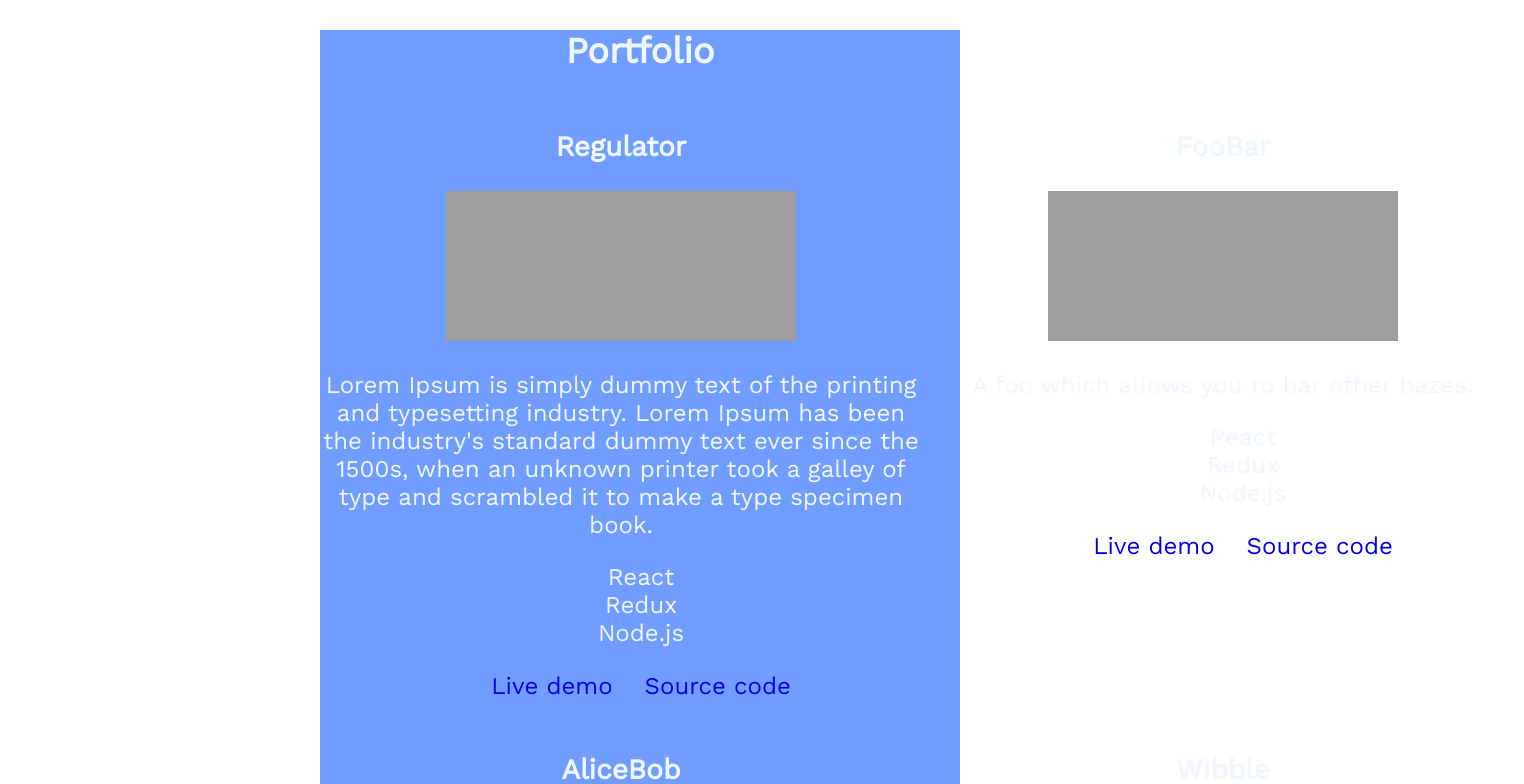
Repository: BAAMOSK/my-portfolio
Page: index.html
These files come from the project's save history. The page is drawn as it stood at one moment and after the next save; the edit follows.
The browser window is 1280 px wide. The page is 1524 px wide, then 1280 px, then 1524 px, so the pictures cover 1524 px, including what lies to the right of the window. The pictures show the part of the page from y = 0 to 784 px (the page is 1236 px tall before and 720 px after).
Pictures or frames that could not be fetched are drawn as grey boxes. Some web libraries are served in a nearby version.

Above is the page before, as saved 2017-06-06 23:27:43.

### index.html
<!doctype HTML>
<html lang="en">
<head>
  <meta charset="utf-8">
  <meta name="viewport" content="width=device-width, initial-scale=1">
  <title>Tee Mak</title>
  <link href="https://fonts.googleapis.com/css?family=Work+Sans" rel="stylesheet">
  <link rel="stylesheet" href="styles.css">
</head>
<body id='root'>
  <script src="https://ajax.googleapis.com/ajax/libs/jquery/3.2.1/jquery.min.js"></script>
  <script src="app.js"></script>
</body>
</html>

### styles.css

body {
	margin: 0;
	padding: 0;
	border: 0;
	font-size: 1.5em;
	font-family: 'Work Sans', sans-serif;
	color: aliceblue;
}

header {
	text-align: center;
}

.bio {
	position: fixed;
	height: 100%;
	width: 100%;
	background: #765BE8;
}

.work {
	background: #709DFF;
}

.contact {
	background: #E38FFF;
}

.showcase {
	width: 50%;
	margin: 0 auto;
	text-align: center;
}

.name {
	margin-top: 120px;
}

.headshot {
	border-radius: 50%;
}

.main-nav ul, .contact-links ul, .project-links ul {
	margin: 25px;
	list-style: none;
	display: flex;
	justify-content: center;
}

.main-nav ul li a, .contact-links ul li a, .project-links ul li a {
	margin: 0 16px;
	text-decoration: none;
}

#about {
	width: 65%;
	margin: 15px auto;
}

.work {
	width: 50%;
	margin: 0 auto;
}

h2, h3 {
	text-align: center;
}

.project {
	width: 100%;
}

.images {
	margin: 0 126px;
}

.primary-projects, .ancillary-projects {
	display: flex;
	justify-content: space-around;
}

.project-stack {
	list-style: none;
	text-align: center;
}

.project-description {
	width: 100%;
	text-align: center;
}

### app.js
const greeting = 'Hi! My name is Tee. Like what you see? Contact me @ bunth667@gmail.com.';

$(document).ready(function() {
  console.log(greeting);
  $('#root').html(state.templates[1]);
});


const main = `<header class="bio">
                <div class="showcase">
                  <h1 class="name">
                    Tee Mak
                  </h1>
                  <nav class="main-nav">
                    <ul>
                      <li class="main-nav-link"><a href="#work">Portfolio</a></li>
                      <li class="main-nav-link"><a href="#contact">Contact</a></li>
                    </ul>
                  </nav>
                  <img class="headshot" src="http://unsplash.it/150/150" alt="J. Random Hacker headshot">
                    <p class="about" id="about">
                      Hi. My name is Tee. I'm a polymath. Ask me anything about casinos, trading, or programming. I'm a Vim user, so navigate using the arrow keys.
                    </p>
                  <nav class="contact-links">
                    <ul>
                      <li class="contact-link contact-link-email"><a href="mailto:jrandomhacker@example.com">Email</a></li>
                      <li class="contact-link contact-link-linkedin"><a href="https://www.linkedin.com">LinkedIn</a></li>
                      <li class="contact-link contact-link-github"><a href="https://www.github.com">GitHub</a></li>
                    </ul>
                  </nav>
                </div>
              </header>`;

const portfolio = `<section class="work" id="work">
                    <h2>Portfolio</h2>
                    <div class="primary-projects">
                      <section class="project">
                        <h3>Regulator</h3>
                          <div class="images">
                            <img class="project-image" src="http://unsplash.it/350/150?random&amp;bust=1" alt="Frobnicator screenshot">
                          </div>
                        <p class="project-description">
                          Lorem Ipsum is simply dummy text of the printing and typesetting industry. Lorem Ipsum has been the industry's standard dummy
                          text ever since the 1500s, when an unknown printer took a galley of type and scrambled it to make a type
                          specimen book.
                        </p>
                        <ul class="project-stack">
                          <li class="project-stack-item">
                            React
                          </li>
                          <li class="project-stack-item">
                          Redux
                          </li>
                          <li class="project-stack-item">
                          Node.js
                          </li>
                        </ul>
                        <nav class="project-links">
                          <ul>
                            <li class="project-link project-link-live">
                              <a href="#">Live demo</a>
                            </li>
                            <li class="project-link project-link-github">
                              <a href="#">Source code</a>
                            </li>
                          </ul>
                        </nav>
                      </section>
                      <section class="project">
                        <h3>FooBar</h3>
                          <div class="images">
                            <img class="project-image" src="http://unsplash.it/350/150?random&amp;bust=2" alt="FooBar screenshot">
                          </div>
                          <p class="project-description">
                            A foo which allows you to bar other bazes.
                          </p>
                          <ul class="project-stack">
                            <li class="project-stack-item">
                              React
                            </li>
                            <li class="project-stack-item">
                              Redux
                            </li>
                            <li class="project-stack-item">
                              Node.js
                            </li>
                          </ul>
                        <nav class="project-links">
                          <ul>
                            <li class="project-link project-link-live">
                              <a href="#">Live demo</a>
                            </li>
                            <li class="project-link project-link-github">
                              <a href="#">Source code</a>
                            </li>
                          </ul>
                        </nav>
                      </section>
                    </div>
                    <div class="ancillary-projects">
                      <section class="project">
                        <h3>AliceBob</h3>
                        <div class="images">
                          <img class="project-image" src="http://unsplash.it/350/150?random&amp;bust=3" alt="AliceBob screenshot">
                        </div>
                        <p class="project-description">
                          An Alice which allows you to Bob other Eves.
                        </p>
                        <ul class="project-stack">
                          <li class="project-stack-item">
                            React
                          </li>
                          <li class="project-stack-item">
                            Redux
                          </li>
                          <li class="project-stack-item">
                            Node.js
                          </li>
                        </ul>
                        <nav class="project-links">
                          <ul>
                          <li class="project-link project-link-live">
                              <a href="#">Live demo</a>
                          </li>
                          <li class="project-link project-link-github">
                              <a href="#">Source code</a>
                          </li>
                          </ul>
                        </nav>
                      </section>
                    <section class="project">
                      <h3>Wibble</h3>
                        <div class="images">
                          <img class="project-image" src="http://unsplash.it/350/150?random&amp;bust=4" alt="Wibble screenshot">
                        </div>
                        <p class="project-description">
                          A wibble which allows you to wobble other wubbles.
                        </p>
                      <ul class="project-stack">
                        <li class="project-stack-item">
                          React
                        </li>
                        <li class="project-stack-item">
                          Redux
                        </li>
                        <li class="project-stack-item">
                          Node.js
                        </li>
                      </ul>
                      <nav class="project-links">
                        <ul>
                          <li class="project-link project-link-live">
                            <a href="#">Live demo</a>
                          </li>
                          <li class="project-link project-link-github">
                            <a href="#">Source code</a>
                          </li>
                        </ul>
                      </nav>
                    </section>
                  </div>
                </section>`;

const contact = `<section class="contact" id="contact">
                  <h2>
                    Contact me
                  </h2>
                  <nav class="contact-links">
                    <ul>
                      <li class="contact-link contact-link-email"><a href="mailto:jrandomhacker@example.com">Email</a>
                      <li class="contact-link contact-link-linkedin"><a href="https://www.linkedin.com">LinkedIn</a>
                      <li class="contact-link contact-link-github"><a href="https://www.github.com">GitHub</a>
                    </ul>
                  </nav>
                </section>`;

const state = {
  templates: [main, portfolio, contact]
}

After the next save:
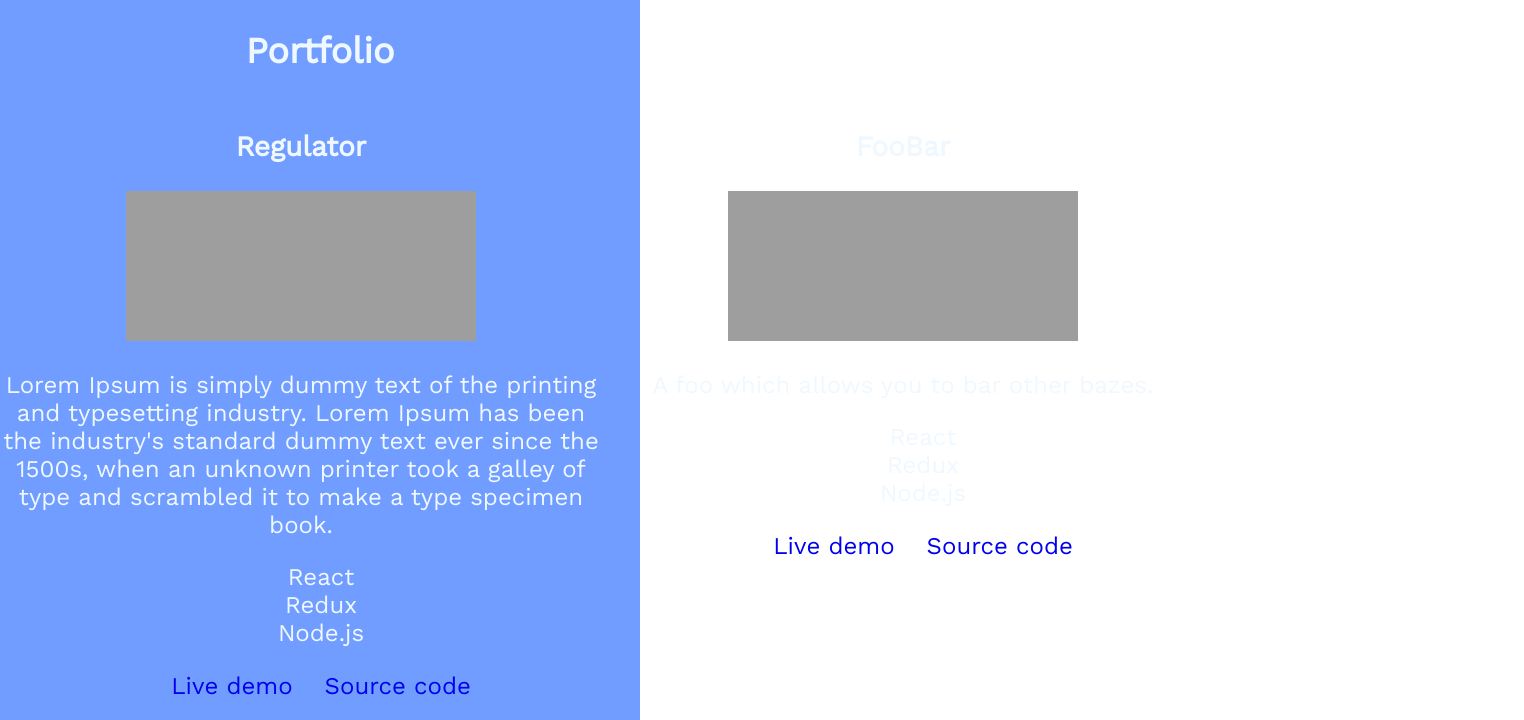
Saved 39 s later.
--- a/styles.css
+++ b/styles.css
@@ -20,6 +20,9 @@
 }
 
 .work {
+	position: fixed;
+	height: 100%;
+	width: 100%;
 	background: #709DFF;
 }
 

After the 2 saves that followed:
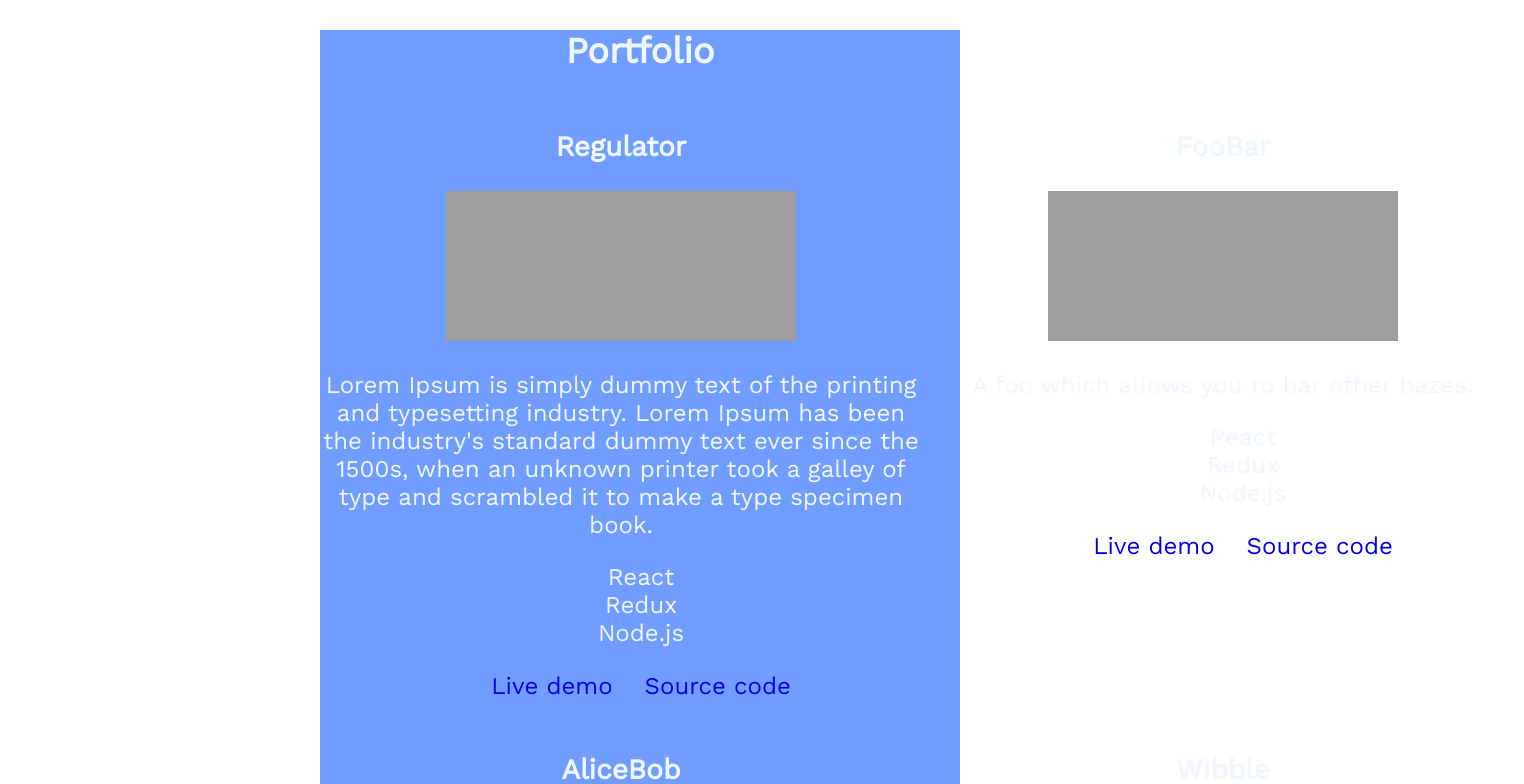
The 2 saves are shown as one change because 1 left the picture as it was.
The last was saved 2 min 6 s later.
--- a/styles.css
+++ b/styles.css
@@ -20,9 +20,6 @@
 }
 
 .work {
-	position: fixed;
-	height: 100%;
-	width: 100%;
 	background: #709DFF;
 }
 
